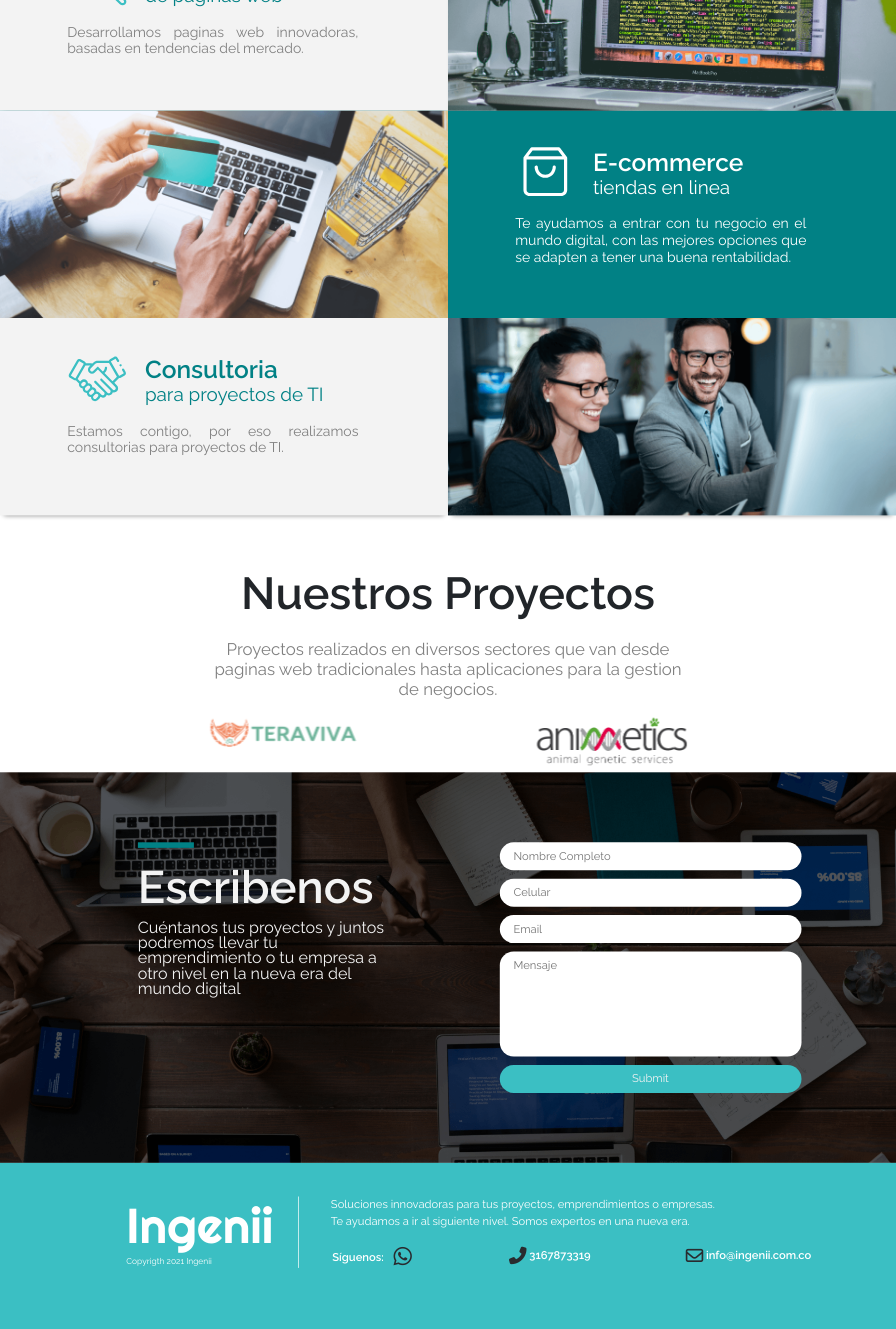
Repository: mariomr87/testwebpage
Page: index.html
The author's editor kept a copy of each file at every save. The page is drawn from the files as they stood at one save, then again after the next save.
The browser window is 1280 px wide. The pictures show the part of the page from y = 1556 to 3476 px (the page is 3455 px tall before and 3476 px after), at 70% of full size.
Some web libraries are served in a nearby version.

Above is the page before, as saved 2021-10-18 20:47:46.

### index.html
<!DOCTYPE html>
<html>
<head>
	<meta charset="utf-8">
	<title>Ingenii - Nueva era</title>
	<link href="style.css" rel="stylesheet">
	<!-- CSS only -->
	<link href="https://cdn.jsdelivr.net/npm/bootstrap@5.0.2/dist/css/bootstrap.min.css" rel="stylesheet" integrity="sha384-EVSTQN3/azprG1Anm3QDgpJLIm9Nao0Yz1ztcQTwFspd3yD65VohhpuuCOmLASjC" crossorigin="anonymous">
	<link rel="preconnect" href="https://fonts.googleapis.com">
	<link rel="preconnect" href="https://fonts.gstatic.com" crossorigin>
	<link href="https://fonts.googleapis.com/css2?family=Raleway:ital,wght@0,200;0,400;0,600;1,900&display=swap" rel="stylesheet">
	<script src="https://kit.fontawesome.com/ffd6f804ac.js" crossorigin="anonymous"></script>

	<!--MENU BOOSTRAP JavaScript Bundle with Popper -->
	<script src="https://cdn.jsdelivr.net/npm/bootstrap@5.1.1/dist/js/bootstrap.bundle.min.js" integrity="sha384-/bQdsTh/da6pkI1MST/rWKFNjaCP5gBSY4sEBT38Q/9RBh9AH40zEOg7Hlq2THRZ" crossorigin="anonymous"></script>

	<!--Carrusel-->
	<link href="https://cdn.jsdelivr.net/npm/bootstrap@5.0.2/dist/css/bootstrap.min.css" rel="stylesheet" integrity="sha384-EVSTQN3/azprG1Anm3QDgpJLIm9Nao0Yz1ztcQTwFspd3yD65VohhpuuCOmLASjC" crossorigin="anonymous">
	<link rel="stylesheet" type="text/css" href="carousel.css">
	<script src="https://ajax.googleapis.com/ajax/libs/jquery/1.12.4/jquery.min.js" type="text/javascript" ></script>
	<script src="slick.js" type="text/javascript" charset="utf-8"></script>

	<!-- viewport mobile -->
	<meta name="viewport" content="width=device-width, initial-scale=1.0">


</head>
	<body>

		<!-- Menu -->
		<nav class="navbar navbar-expand-lg  sticky-top navbar-dark lineamenu ">
			<div class="container-fluid">
			  <a class="navbar-brand col-md-2 text-center navbar-expand-lg" href="#"><span class="menuimg-texto">Ingenii</span></a>
			  <button class="navbar-toggler" type="button" data-bs-toggle="collapse" data-bs-target="#navbarSupportedContent" aria-controls="navbarSupportedContent" aria-expanded="false" aria-label="Toggle navigation">
				<span class="navbar-toggler-icon "></span>
			  </button>
			  <div class="collapse navbar-collapse " id="navbarSupportedContent">
				<ul class="navbar-nav col-md-10">
				  <li class="nav-item">
					<a class="nav-link" aria-current="page" href="#">
						<span class="separar"><img src="./imagenes/menu/Icon-inicio.svg" class="d-inline-block align-text-top menuing-redes-logos"></span>
						<span class="menu-texto-opc">Inicio</span>
					</a>
				  </li>
				  <li class="nav-item">
					<a class="nav-link" href="#servicios4">
						<span class="separar"><img src="./imagenes/menu/Icon-Servicios.svg" class="d-inline-block align-text-top menuing-redes-logos"></span>
						<span class="menu-texto-opc">Servicios</span>
					</a>
				  </li>
				  <li class="nav-item">
					<a class="nav-link " href="#quienessomos" tabindex="-1" aria-disabled="true">
						<span class="separar"><img src="./imagenes/menu/Icon-Quienes somos.svg" class="d-inline-block align-text-top menuing-redes-logos"></span>
						<span class="menu-texto-opc">¿Quiénes somos?</span>
					</a>
				  </li>
				  <li class="nav-item">
					<a class="nav-link " href="#link-ntrabajo" tabindex="-1" aria-disabled="true">
						<span class="separar"><img src="./imagenes/menu/Icon- nuestro-trabajo.svg" class="d-inline-block align-text-top menuing-redes-logos"></span>
						<span class="menu-texto-opc">Nuestro Trabajo</span>
					</a>
				  </li>
				  <li class="nav-item">
					<a class="nav-link " href="#link-escribenos" tabindex="-1" aria-disabled="true">
						<span class="separar"><img src="./imagenes/menu/Icon - escribenos.svg" class="d-inline-block align-text-top menuing-redes-logos"></span>
						<span class="menu-texto-opc">Escribenos</span>
					</a>
				  </li>
				</ul>
				<div class="col-md-1 text-center">
					<!-- <span class="separar"><img class="menuing-redes-logos" src="./imagenes/menu/Facebook.svg" alt=""></span> -->
					<img class="menuing-redes-logos" src="./imagenes/menu/WhatsApp.svg" alt="">
				</div>
			  </div>
			</div>
		  </nav>

		<!-- Slider -->
		<div class="container-fluid slider text-centro text-center">
			<div class="row" id="servicios4">
				<div>
					<h3 class="logo title-slider">Ingenii</h3>
					<h3 class="blanco slider-text">Expertos en la nueva era</h3>
					<h3 id="app-web">Aplicaciones web_</h3><br>
					<img id="flecha-down" src="./imagenes/principal/flecha.svg">
				</div>
			</div>
		</div>
		<!-- Quienes somos y servicios -->
		<div class="container-fluid " >
			<!-- Iconos de servicios -->
			<div class="cuadros-servi row ">
				<div class="azul-claro-bg cuadro col ">
					<img src="./imagenes/principal/app.svg" class="icon-serv">
					<h5><span class="negrilla "><strong>Aplicaciones</strong> </span><br>web a la medida</h5>
				</div>
				<div class="azul-claro-bg cuadro col">
					<img src="./imagenes/principal/desarrollo.svg" class="icon-serv"><h5><span class="negrilla ">Desarrollo</span><br>de Páginas web</h5>
				</div>
				<div class="azul-claro-bg cuadro col">
					<img src="./imagenes/principal/tienda.svg" class="icon-serv">
					<h5><span class="negrilla ">E-commerce</span><br> tiendas en linea</h5>
				</div>
				<div class="azul-claro-bg cuadro col">
					<img src="./imagenes/principal/consultoria.svg" class="icon-serv"><h5><span class="negrilla ">Consultoría</span><br>para proyectos TI</h5>
				</div>
			</div>

			<!-- Texto quienes somos -->
			<div class="row just-somos" id="quienessomos">
				<div class="col-md-6 centrar-somos">
					<p class="line-blue"> </p>
					<h1 class="text-quienes" >Quiénes</h1><h2 class="text-somos">Somos</h2>
				</div>
				<div class="col-md-6">
					<p class="texto-qs"><span class="negrilla">Ingenii</span> es un emprendimiento que nace para ayudar a miles emprendedores a <span class="negrilla">migrar al mundo digital,</span> en un momento en el cual el
					comercio electrónico ha tomado una importancia estratégica para que muchas ideas de negocios tengan éxito, además de asesorar a
					nuestros clientes para que lleven su emprendimiento o empresa al siguiente nivel.
					<br><br>Hacemos nuestro trabajo con seriedad, honestidad y profesionalismo, estamos 100% comprometidos con nuestros clientes.</p>
				</div>
			</div>
		</div>
		<!-- Servicios -->
		<div class="container-fluid">
			<div class="row row-cols-2 servi-col">
				<!--Aplicaciones -->
				<div class="col azul-claro-bg sombra one">
					<img class="servicios-img" src="imagenes/servicios/Aplicaciones.png">
				</div>
				<div class="col azul-claro-bg text-app sombra two">
						<div class="centra-app">
							<div class="interlineas">
								<img src="./imagenes/servicios/web-a-medida.svg" class="icon-serv">
								<span class="text-app-p"><span class="text-app-icon">Aplicaciones</span><p class="text-app-icon2">Web a la medida</p></span>
							</div>
							<div class="interlineas">
								<p class="text-app-des">Desarrollamos aplicaciones web que se ajusten a las necesidades de tu emprendimiento, empresa o proyecto.</p>
							</div>
						</div>
				</div>
				<!--Desarrollo -->
				<div class="col blanco-bg sombra three">
					<div class="text-app ">
						<div class="centra-app">
							<div class="interlineas">
								<img src="./imagenes/servicios/desarrollo-web.svg" class="icon-serv">
								<span class="azul text-app-p"><span class="text-app-icon">Desarrollo</span><p class="text-app-icon2">de paginas web</p></span>
							</div>
							<div class="interlineas" >
								<p class="gris2 text-app-des">Desarrollamos paginas web innovadoras, basadas en tendencias del mercado.</p>
							</div>
						</div>
					</div>
				</div>
				<div class="col blanco-bg sombra four">
					<img class="servicios-img" src="imagenes/servicios/desarrolloweb.png">
				</div>
				<!--E-commerce-->
				<div class="col azul-bg sombra five">
					<img class="servicios-img" src="imagenes/servicios/ecommerce.png">
				</div>
				<div class="col azul-bg sombra six">
					<div class="text-app">
						<div class="centra-app">
							<div class="interlineas">
								<img src="./imagenes/servicios/ecommerce.svg" class="icon-serv">
								<span class="text-app-p"><span class="text-app-icon">E-commerce</span><p class="text-app-icon2">tiendas en linea</p> </span>
							</div>
							<div class="interlineas">
								<p class="text-app-des">Te ayudamos a entrar con tu negocio en el mundo digital, con las mejores opciones que se adapten a tener una buena rentabilidad.</p>
							</div>
						</div>
					</div>
				</div>
				<!--Consultoria -->
				<div class="col blanco-bg sombra seven">
					<div class="azul text-app">
					<div class="centra-app">
							<div class="interlineas">
								<img src="./imagenes/servicios/consultoria-TI.svg" class="icon-serv">
								<span class="text-app-p"><span class="text-app-icon">Consultoria</span> <p class="text-app-icon2"> para proyectos de TI</p></span>
							</div>
							<div class="interlineas">
								<p class="gris2 text-app-des">Estamos contigo, por eso realizamos consultorias para proyectos de TI.</p>
							</div>
					</div>
					</div>
				</div>
    			<div class="col blanco-bg sombra eight">
					<img class="servicios-img" src="imagenes/servicios/consultoria.png">
				</div>
			</div>
		</div>


		<!-- Nuestros Proyectos -->
		<div class="container-fluid" id="link-ntrabajo">
			<div class="row">
				<div class="col-md-12 text-center">
					<p class="proyectos">Nuestros Proyectos</p>
					<p class="proyectos-txt">Proyectos realizados en diversos sectores que van desde paginas web tradicionales hasta aplicaciones para la gestion de negocios.</p>
				</div>
				<div class="col-md-12 container">
					<section class="customer-logos slider2">
						<div class="slide"><img src="images/image3.png"></div>
						<div class="slide"><img src="images/image4.png"></div>
						<div class="slide"><img src="images/image3.png"></div>
						<div class="slide"><img src="images/image4.png"></div>
					</section>
				</div>
			</div>
		</div>

		<!-- Contacto -->
		<div class="container-fluid contacto-container" id="link-escribenos">
			<div class="row">
				<div class="col-md-6">
					<div class="contacto-column-1">
						<p class="line-blue"> </p>
						<h2 class="contacto-title blanco">Escribenos</h2>
						<p class="contacto-desc blanco">Cuéntanos tus proyectos y juntos podremos llevar tu emprendimiento o tu empresa a otro nivel en la nueva era del mundo digital</p>
					</div>
					</div>
				<div class="col-md-6">
					<form class="contacto-form">
						<input type="text" class="contacto-input" placeholder="Nombre Completo" name="nombre">
						<input type="text" class="contacto-input" placeholder="Celular" name="celular">
						<input type="email" class="contacto-input" placeholder="Email" name="email">
						<textarea name="mensaje" class="contacto-textarea" placeholder="Mensaje"></textarea>
						<input type="submit" class="contacto-input azul-claro-bg" name="Enviar">
					</form>
				</div>
			</div>
		</div>
		<!-- Footer -->
		<div class="container-fluid azul-claro-bg p-5">
			<div class="row pb-4">
				<div class="col-md-4">
					<div class="footer-container">
						<h2 class="logo title-footer">Ingenii</h2>
						<p class="subtitle-footer">Copyrigth 2021 Ingenii</p>
					</div>
				</div>
				<div class="col-md-8">
					<div class="social-container">
						<p class="" style="padding: 0px 22px;">Soluciones innovadoras para tus proyectos, emprendimientos o empresas.<br>Te ayudamos a ir al siguiente nivel. Somos expertos en una nueva era.</p>
						<div class="container">
							<div class="row">
								<div class="col-md-4">
									<span class="social-icon-text" style="vertical-align: middle;">Síguenos:
									</span>
									<!-- <a href="www.facebook.com" class="link-icon-footer gris">
										<i class="fab fa-facebook"></i>
									</a> -->
									<a href="https://api.whatsapp.com/send?phone=573167873319&text=Bienvenidos%20a%20Ingenii%20una%20Nueva%20Era.%20En%20que%20podemos%20ayudar?" class="link-icon-footer gris">
										<i class="fab fa-whatsapp"></i>
									</a>
								</div>
								<div class="col-md-4 mt-2">
									<i style="vertical-align: middle;" class="fas fa-phone-alt gris icon-footer"></i><span class="social-icon-text"> 3167873319</span>
								</div>
								<div class="col-md-4 mt-2">
									<i style="vertical-align: middle;" class="far fa-envelope gris icon-footer"></i><span class="social-icon-text"> info@ingenii.com.co</span>
								</div>
							</div>
						</div>
					</div>
				</div>
			</div>
		</div>

		<script type="text/javascript">
			$(document).ready(function(){
				$('.customer-logos').slick({
					slidesToShow: 2,
					slidesToScroll: 1,
					autoplay: true,
					autoplaySpeed: 500,
					arrows: false,
					dots: false,
						pauseOnHover: false,
						responsive: [{
						breakpoint: 500,
						settings: {
							slidesToShow: 4
						}
					}, {
						breakpoint: 520,
						settings: {
							slidesToShow: 3
						}
					}]
				});
			});
		</script>

	</body>
</html>

### style.css
/*
autor: Estiven Oviedo Gonzalez;
fecha: 2021-07-18;
*/

@font-face {
    font-family: 'Righteous';
    src: url('font/Righteous-Regular.ttf');
}


body{
	font-family: 'Raleway', sans-serif !important;
}

.lineamenu{
	border-bottom-width: 1px;
	border-bottom-style: solid;
	/* border-bottom-color: #c5c3c3 ; */
	background-color: #292b2f;
}

.menuimg-texto{
	font-weight: 900;
	font-size: 3em;
	font-family: 'Righteous', cursive;
	color: #fff;
}

.separar{
	padding-right: 10px;
}

.menu-texto-opc{
	font-size: 1.2em;
	color: white;

}
.menuing-redes-logos{
	width: 1.5em;
}

.navbar-nav{
	justify-content: center;

}

.nav-item{
	padding: 24px 10px;
}

.nav-item:hover{
	box-shadow: inset 0px -7px #3bbfc3;
}

.logo{
	font-family: 'Righteous', cursive;
	color: #fff;
}

.azul{
	color: #018185;
}

.gris{
	color: #292b2f;
}

.verde{
	color: #40af93;
}

.azul-claro{
	color: #3bbfc3;
}

.blanco{
	color: #f3f3f3;
}

.azul-bg{
	background-color: #018185;
	color: #fff;
}

.gris-bg{
	background-color: #292b2f;
}

.verde-bg{
	background-color: #40af93;
}

.azul-claro-bg{
	background-color: #3bbfc3;
	color: #f3f3f3;
}

.blanco-bg{
	background-color: #f3f3f3;
}


.sombra{
	box-shadow: 0px 7px 7px -6px gray;
}

/* servicios */
.servicios-img{
	width: 100%;
}

.title-footer{
	font-size: 70px;
	margin: 0;
}

.subtitle-footer{
	color: #fff;
	font-size: 12px;
}

.footer-container{
	margin-left: 35%;
	border-right: 1px solid #fff;
}

.social-container{
	color: #fff;
}

.link-icon-footer{
	font-size: 30px;
	padding: 0px 10px;
	vertical-align: middle;
}

.icon-footer{
	font-size: 25px;
}

.social-icon-text{
	font-weight: 600;
}

.contacto-container{
	background-image: url('imagenes/formulario/fondo-formulario.png');
	background-size: cover;
}

.contacto-form{
	margin: 100px 20% 100px 10%;
}

.contacto-input{
	display: block;
    padding: 8px 20px;
    border-radius: 40px;
    border: none;
    margin-bottom: 12px;
    width: 100%;
}

.contacto-textarea{
	display: block;
    padding: 8px 20px;
    border-radius: 20px;
    border: none;
    margin-bottom: 12px;
    resize: none;
    width: 100%;
    height: 150px;
}

.contacto-column-1{
	margin: 100px 10% 100px 30%;
}

.contacto-title{
	font-size: 65px;
	font-weight: 900;
}

.contacto-desc{
	text-align:left;
	font-size: 23px;
	line-height: 22px;
}

.slider{
	background-image: url('imagenes/principal/banner.png');
	background-size: cover;
}

.title-slider{
	font-size: 110px;
	margin: 0;
}

.slider-text{
	font-size: 40px ;
	font-weight: bold;
}

#app-web{
	display: inline;
	background-color: #f6f6f6;
	color: #018185;
	padding: 0px 20px;
}

.text-quienes{
	font-weight:bold;
	font-size:100px;
}

.text-somos{
	font-size:80px;
	line-height: 10px;
}

.line-blue{
	background-color: #018185;
	height: 8px;
	width: 80px;
}

.texto-qs{
	text-align: justify;
	font-size: 18px;
	color: gray;

}

.negrilla{
	font-weight: bold;
}

.cuadro span {
	font-size: 1.5em;
}

.just-somos{
	padding-left: 100px;
	padding-right: 100px;
	padding-top: 0;
	padding-bottom: 50px;
	line-height: initial;
}

.centrar-somos{
	align-content: center;
	justify-content: center;
	display: grid;
}


.text-app{
	position: relative;
	padding-top: 2%;

}

.centra-app{
	margin: 5% 20% 0 15%;
	text-align: justify;
}

.text-app-p{
	padding-left: 25px;

}

.text-app-icon{
	font-size: 35px;
	font-weight: 900;

}

.text-app-icon2{
	font-size: 27px;
}

.text-app-des{
	font-size: 20px;
	color: white;
}

.gris2{
	color: gray ;
}

.cuadro{
	margin: auto 1%;
	padding: 33px;
	box-shadow: -1px 5px 6px #889788;
}

.cuadros-servi{
	text-align: center;
	padding: 0% 8%;
	position: relative;
    bottom: 60px;

}
.interlineas{
	line-height:normal;
	display: flex;
	justify-content: flex-start;
    align-items: center;
	letter-spacing: normal;
}

.icon-serv{
	width: 86px;
	margin-bottom: 20px;
}

.cuadro img{
	padding-bottom: 15px;
}

.text-centro{
	padding: 8% 0%;

}

#flecha-down{
	padding-top: 2%;
	width: 3%;
}

.flotante{
	position: relative;
}

.servi-col div{
	padding-left: 0;
	padding-right: 0;
}

.proyectos{
	font-weight: 900;
	font-size: 4em;
	padding-top: 1em;
}

.proyectos-txt{
	color: gray;
	font-size: 1.5em;
	padding: 0 290px;
	line-height: normal;
}

@media screen and (max-width:1100px) {
	.cuadros-servi h5{
		font-size: 1rem;
	}

	.text-quienes{
		font-size: 80px;
	}

	.text-app-des{
		font-size: 15px;
	}

	.text-app-icon2 {
		font-size: 20px;
	}

	.text-app-icon {
		font-size: 25px;
	}

	.icon-serv {
		width: 65px;

	}

	.centra-app {
		margin: 5% 9% 0 15%;
	}

	.contacto-title{
		font-size: 60px;
	}

	.proyectos-txt{
		padding: 0 12px;
	}
}

@media screen and (max-width:840px) {
	.cuadros-servi{
		position: initial;
		padding-top: 10px;
		flex-direction: column;
	}

	.cuadro{
		margin-bottom: 15px;
	}

	.just-somos{
		flex-direction:column;
		padding: 0;
	}

	.just-somos .col-md-6{
		width: 100%;
	}

	.line-blue{
		display: none;
	}

	.centrar-somos{
		padding-bottom: 35px;
	}

	.servi-col{
		flex-direction: column;
	}

	.proyectos-txt{
		padding: 0;
	}

	.servi-col div{
		width: 100%;
	}

	.centra-app{
		margin: 0;
	}

	.interlineas{
		justify-content: center;
	}

	.text-app-des{
		text-align: center;
	}

	.one{
		order: 0;
	}

	.two{
		order: 1;
	}


	.three{
		order: 3;
	}

	.four{
		order: 2;
	}

	.five{
		order: 4;
	}

	.six{
		order: 5;
	}

	.seven{
		order:7;
	}

	.eight{
		order: 6;
	}

}

@media screen and (max-width:450px) {
	.just-somos{
		padding: 0;

	}

	.proyectos-txt{
		padding: 0;
	}

	.servi-col div{
		width: 100%;
	}

	.centra-app{
		margin: 0;
	}

	.one{
		order: 0;
	}

	.two{
		order: 1;
	}

	.three{
		order: 3;
	}

	.four{
		order: 2;
	}

	.five{
		order: 4;
	}

	.six{
		order: 5;
	}

	.seven{
		order:7;
	}

	.eight{
		order: 6;
	}

}

### carousel.css
/* Slider */
.slick-slide {
    margin: 0px 20px;
}

.slick-slide img {
    width: 100%;
}

.slick-slider
{
    position: relative;
    display: block;
    box-sizing: border-box;
    -webkit-user-select: none;
    -moz-user-select: none;
    -ms-user-select: none;
            user-select: none;
    -webkit-touch-callout: none;
    -khtml-user-select: none;
    -ms-touch-action: pan-y;
        touch-action: pan-y;
    -webkit-tap-highlight-color: transparent;
}

.slick-list
{
    position: relative;
    display: block;
    overflow: hidden;
    margin: 0;
    padding: 0;
}
.slick-list:focus
{
    outline: none;
}
.slick-list.dragging
{
    cursor: pointer;
    cursor: hand;
}

.slick-slider .slick-track,
.slick-slider .slick-list
{
    -webkit-transform: translate3d(0, 0, 0);
       -moz-transform: translate3d(0, 0, 0);
        -ms-transform: translate3d(0, 0, 0);
         -o-transform: translate3d(0, 0, 0);
            transform: translate3d(0, 0, 0);
}

.slick-track
{
    position: relative;
    top: 0;
    left: 0;
    display: block;
}
.slick-track:before,
.slick-track:after
{
    display: table;
    content: '';
}
.slick-track:after
{
    clear: both;
}
.slick-loading .slick-track
{
    visibility: hidden;
}

.slick-slide
{
    display: none;
    float: left;
    height: 100%;
    min-height: 1px;
}
[dir='rtl'] .slick-slide
{
    float: right;
}
.slick-slide img
{
    display: block;
}
.slick-slide.slick-loading img
{
    display: none;
}
.slick-slide.dragging img
{
    pointer-events: none;
}
.slick-initialized .slick-slide
{
    display: block;
}
.slick-loading .slick-slide
{
    visibility: hidden;
}
.slick-vertical .slick-slide
{
    display: block;
    height: auto;
    border: 1px solid transparent;
}
.slick-arrow.slick-hidden {
    display: none;
}

.slider2 {
    padding: 10px 10em;
}

.slider2 div img{
    width: 50%;
    /* background-color: gray; */
    border-inline: 1px;
    display: block;
    margin: auto;

}

/* .slide{
 border-style: solid;
 color: red;

} */

Loaded but not shown: slick.js (library)

After the next save:
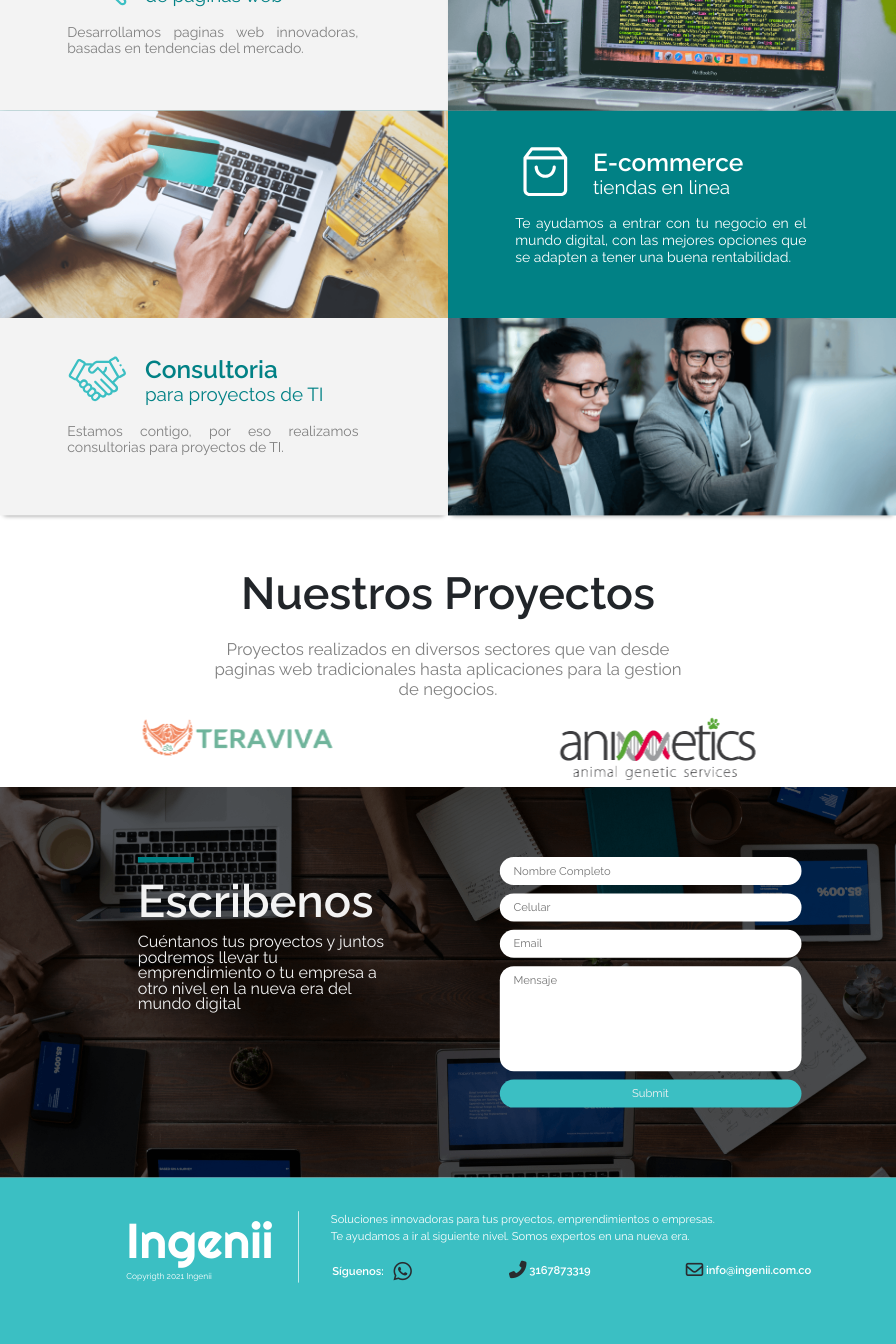
Saved 3 min 40 s later.
--- a/carousel.css
+++ b/carousel.css
@@ -115,7 +115,7 @@
 }
 
 .slider2 {
-    padding: 10px 10em;
+    padding: 10px 30px;
 }
 
 .slider2 div img{
